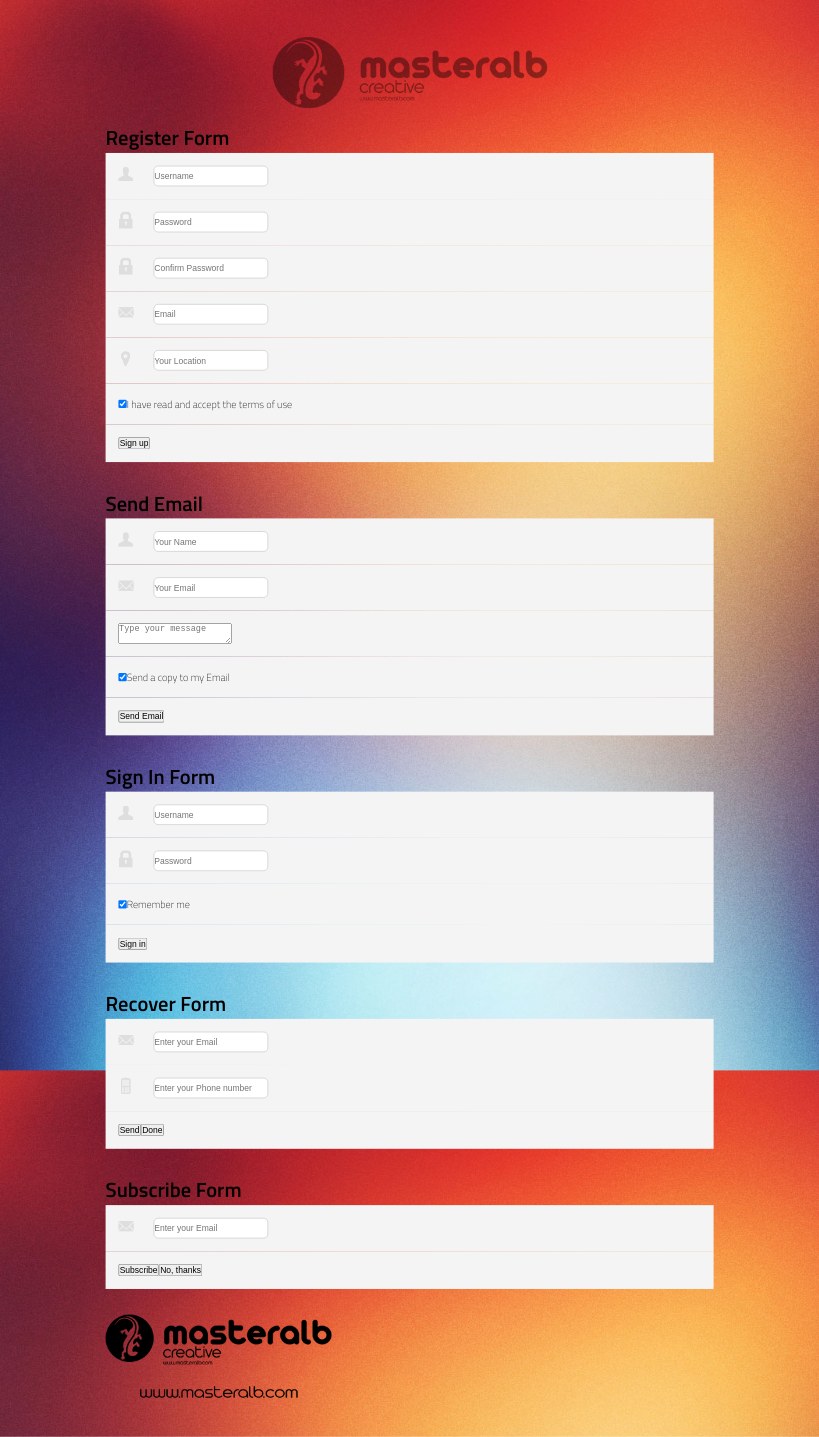
Repository: achwesiuk/PSD-Masteralb
Page: index.html
The author's editor kept a copy of each file at every save. The page is drawn from the files as they stood at one save, then again after the next save.
The browser window is 1280 px wide. The pictures show the whole page, at 64% of full size.
Backgrounds fixed to the window are drawn as part of the page. The style sheet was rebuilt from its Sass, Less or Tailwind sources for each picture, by a compiler version that may differ from the author's.

Above is the page before, as saved 2021-03-12 17:44:04.

### index.html
<!DOCTYPE html>
<html lang="en">
<head>
    <meta charset="UTF-8">
    <meta http-equiv="X-UA-Compatible" content="IE=edge">
    <meta name="viewport" content="width=device-width, initial-scale=1.0">
    <title>Masteralb Creative</title>
    <link rel="stylesheet" type="text/css" href="css/main.css">
    <link href="https://fonts.googleapis.com/css2?family=Titillium+Web:wght@200;600&display=swap" rel="stylesheet">
</head>
<body>
    <header class="header">
        <img src="img/logo_1.png" alt="Logo 1" class="header__logo">
    </header>
    <main class="main">
        <div class="container">
            <h3 class="form__header">Register Form</h3>
            <form class="form">
                <div class="form__group">
                    <label for="name-1" class="form__desc">
                        <img src="img/username.png" alt="Username" class="form__img">
                    </label>
                    <span class="form__line"></span>
                    <input type="text" id="name-1" placeholder="Username" class="form__input" required>
                </div>

                <div class="form__group">
                    <label for="password-1" class="form__desc">
                        <img src="img/password.png" alt="Password" class="form__img">
                    </label>
                    <span class="form__line"></span>
                    <input type="password" id="password-1" placeholder="Password" class="form__input" required>
                </div>

                <div class="form__group">
                    <label for="confirm" class="form__desc">
                        <img src="img/password.png" alt="Password" class="form__img">
                    </label>
                    <span class="form__line"></span>
                    <input type="text" id="confirm" placeholder="Confirm Password" class="form__input" required>
                </div>

                <div class="form__group">
                    <label for="message-1" class="form__desc">
                        <img src="img/email.png" alt="Email" class="form__img">
                    </label>
                    <span class="form__line"></span>
                    <input type="email" id="message-1" placeholder="Email" class="form__input" required>
                </div>

                <div class="form__group">
                    <label for="location" class="form__desc">
                        <img src="img/icon_maps.png" alt="Location" class="form__img">
                    </label>
                    <span class="form__line"></span>
                    <input type="text" id="location" placeholder="Your Location" class="form__input" required>
                </div>

                <div class="form__group">
                    <input type="checkbox" name="terms" class="form__tick" checked>
                    <label class="form__desc">I have read and accept the terms of use</label>
                </div>

                <div class="form__group">
                    <input type="submit" value="Sign up" class="form__btn form__btn--big">
                </div>
            </form>
        </div>

        <div class="container">
            <h2 class="form__header">Send Email</h2>
            <form class="form">
                <div class="form__group">
                    <label for="name-2" class="form__desc">
                         <img src="img/username.png" alt="Username" class="form__img">
                    </label>
                    <span class="form__line"></span>
                    <input type="text" id="name-2" placeholder="Your Name" class="form__input" required>
                </div>

                <div class="form__group">
                    <label for="message-2" class="form__desc">
                        <img src="img/email.png" alt="Email" class="form__img">
                    </label>
                    <span class="form__line"></span>
                    <input type="email" id="message-2" placeholder="Your Email" class="form__input" required>
                </div>

                <div class="form__group">
                    <textarea name="message" placeholder="Type your message" class="form__message"></textarea>
                </div>

                <div class="form__group">
                    <input type="checkbox" name="terms" class="form__tick" checked>
                    <label class="form__desc">Send a copy to my Email</label>
                </div>

                <div class="form__group">
                    <input type="submit" value="Send Email" class="form__btn form__btn--big">
                </div>
            </form>
        </div>

        <div class="container">
            <h2 class="form__header">Sign In Form</h2>
            <form class="form">
                <div class="form__group">
                    <label for="name-3" class="form__desc">
                        <img src="img/username.png" alt="Username" class="form__img">
                    </label>
                    <span class="form__line"></span>
                    <input type="text" id="name-3" placeholder="Username" class="form__input" required>
                </div>

                <div class="form__group">
                    <label for="password-2" class="form__desc">
                        <img src="img/password.png" alt="Password" class="form__img">
                    </label>
                    <span class="form__line"></span>
                    <input type="password" id="password-2" placeholder="Password" class="form__input" required>
                </div>

                <div class="form__group">
                    <input type="checkbox" name="terms" class="form__tick" checked>
                    <label class="form__desc">Remember me</label>
                </div>

                <div class="form__group">
                    <input type="submit" value="Sign in" class="form__btn form__btn--big">
                </div>
            </form>
        </div>

        <div class="container">
            <h2 class="form__header">Recover Form</h2>
            <form class="form">
                <div class="form__group">
                    <label for="email-3" class="form__desc">
                        <img src="img/email.png" alt="Email" class="form__img">
                    </label>
                    <span class="form__line"></span>
                    <input type="email" id="email-3" placeholder="Enter your Email" class="form__input" required>
                </div>

                <div class="form__group">
                    <label for="number" class="form__desc">
                        <img src="img/phone.png" alt="Phone Number" class="form__img">
                    </label>
                    <span class="form__line"></span>
                    <input type="text" id="number" placeholder="Enter your Phone number" class="form__input" required>
                </div>

                <div class="form__group">
                    <input type="submit" value="Send" class="form__btn form__btn--small">
                    <input type="submit" value="Done" class="form__btn form__btn--small">
                </div>
            </form>
        </div>

        <div class="container">
            <h2 class="form__header">Subscribe Form</h2>
            <form class="form">
                <div class="form__group">
                    <label for="email-4" class="form__desc">
                        <img src="img/email.png" alt="Email" class="form__img">
                    </label>
                    <span class="form__line"></span>
                    <input type="email" id="email-4" placeholder="Enter your Email" class="form__input" required>
                </div>

                <div class="form__group">
                    <input type="submit" value="Subscribe" class="form__btn form__btn--small">
                    <input type="submit" value="No, thanks" class="form__btn form__btn--small">
                </div>
            </form>
        </div>

        <div class="container">
            <div class="logo-down">
                <img src="img/logo_2.png" alt="Logo" class="logo-down__img">
            </div>
        </div>
    </main>
</body>
</html>

### sass/main.scss
:root {
    --color-white: #fff;
    --color-grey-1: #f4f4f4;
    --color-grey-2: #dedede;
    --color-grey-3: #c6c6c6;
    --color-grey-4: #afafaf;

    --color-green-light: #bddb98;
    --color-green: #94d12d;
    --color-red: #f4495b;
    --color-black: #000;

    --shadow-dark: 0 2rem 6rem rgba(#000, .3);
    --line: 1px solid var(--color-primary-2);
}

*,
*::before,
*::after{
    margin: 0;
    padding: 0;
    box-sizing: inherit;
}

html{
    font-size: 62.5%; //10px
}

body {
    box-sizing: border-box;
    max-width: 95rem;
    margin: 5.5rem auto;
    font-family: 'Titillium Web', sans-serif;
    background: url(../img/bg.jpg) no-repeat fixed center;
    background-size: cover;
    //min-height: 125rem;
}

.header {
    margin-bottom: 2rem;

     &__logo {
         display: block;
         margin: 0 auto;
         opacity: .4;
     }
}

.main {
    display: flex;
    flex-direction: column;
    flex-wrap: wrap;

    font-size: 1.6rem;
}

.form {
    display: flex;
    flex-direction: column;
    flex: 1;

    margin-bottom: 4rem;

    &__header {
        font-size: 3.2rem;
        font-weight: 600;
    }

    &__group {
        display: flex;
        //align-items: center;
        background-color: var(--color-grey-1);
        box-shadow: 0 2rem 2rem rgba(var(--color-black), .5);
        padding: 2rem;
    }

    &__desc {
        //padding: 2px;
        justify-content: center;
        align-items: center;

        margin-right: 1rem;
    }

    &__line {
        width: 1px;
        height: 10px;
        color: var(--color-grey-2);
        margin-right: 2rem;
    }

    &__input {
        color: var(--color-grey-4);
        border: 1px solid var(--color-grey-3);
        border-radius: .7rem;
        align-items: center;
    }
}

After the next save:
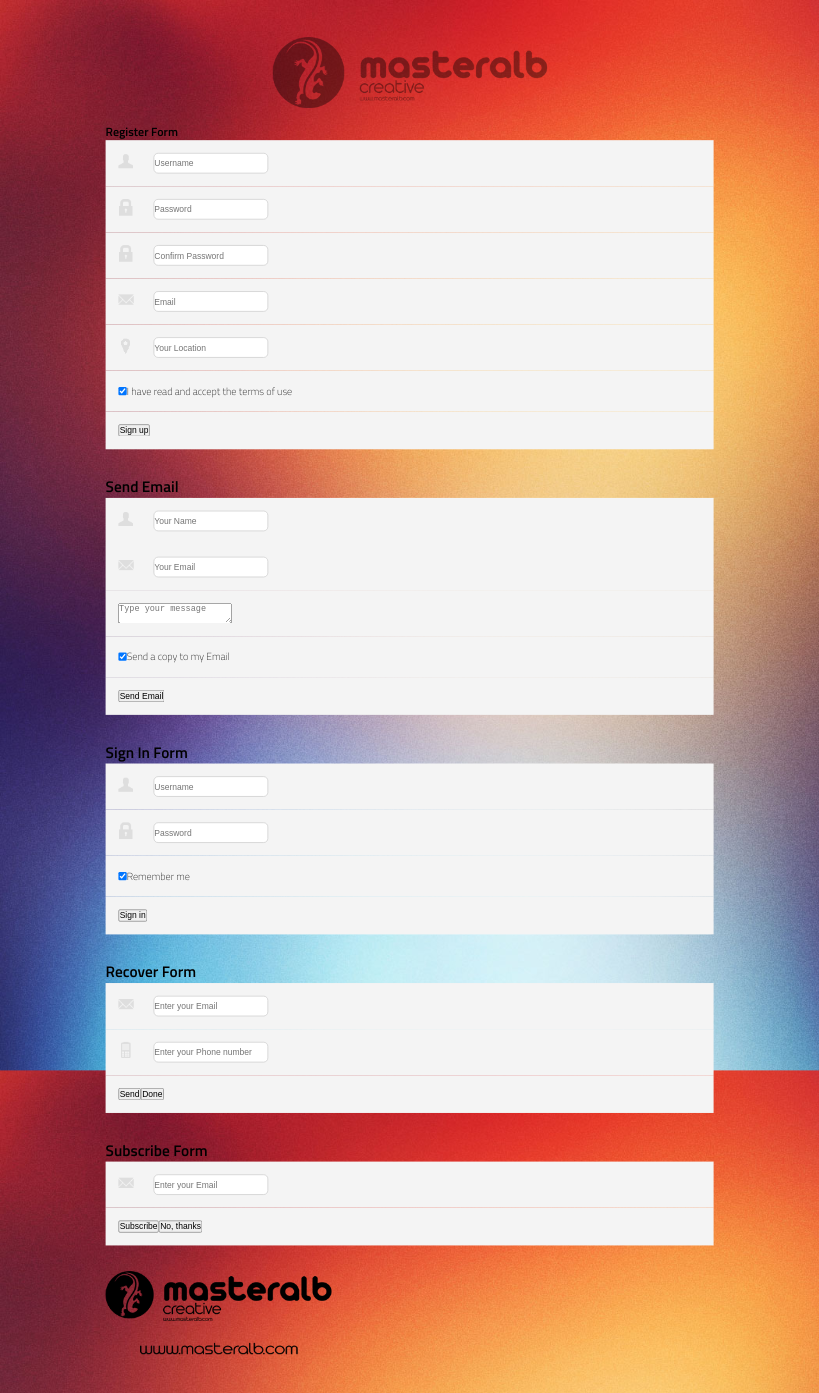
Saved 113 s later.
--- a/index.html
+++ b/index.html
@@ -14,7 +14,7 @@
     </header>
     <main class="main">
         <div class="container">
-            <h3 class="form__header">Register Form</h3>
+            <h3 class="container__header">Register Form</h3>
             <form class="form">
                 <div class="form__group">
                     <label for="name-1" class="form__desc">
@@ -68,7 +68,7 @@
         </div>
 
         <div class="container">
-            <h2 class="form__header">Send Email</h2>
+            <h2 class="container__header">Send Email</h2>
             <form class="form">
                 <div class="form__group">
                     <label for="name-2" class="form__desc">
@@ -102,7 +102,7 @@
         </div>
 
         <div class="container">
-            <h2 class="form__header">Sign In Form</h2>
+            <h2 class="container__header">Sign In Form</h2>
             <form class="form">
                 <div class="form__group">
                     <label for="name-3" class="form__desc">
@@ -132,7 +132,7 @@
         </div>
 
         <div class="container">
-            <h2 class="form__header">Recover Form</h2>
+            <h2 class="container__header">Recover Form</h2>
             <form class="form">
                 <div class="form__group">
                     <label for="email-3" class="form__desc">
@@ -158,7 +158,7 @@
         </div>
 
         <div class="container">
-            <h2 class="form__header">Subscribe Form</h2>
+            <h2 class="container__header">Subscribe Form</h2>
             <form class="form">
                 <div class="form__group">
                     <label for="email-4" class="form__desc">

After the save that followed:
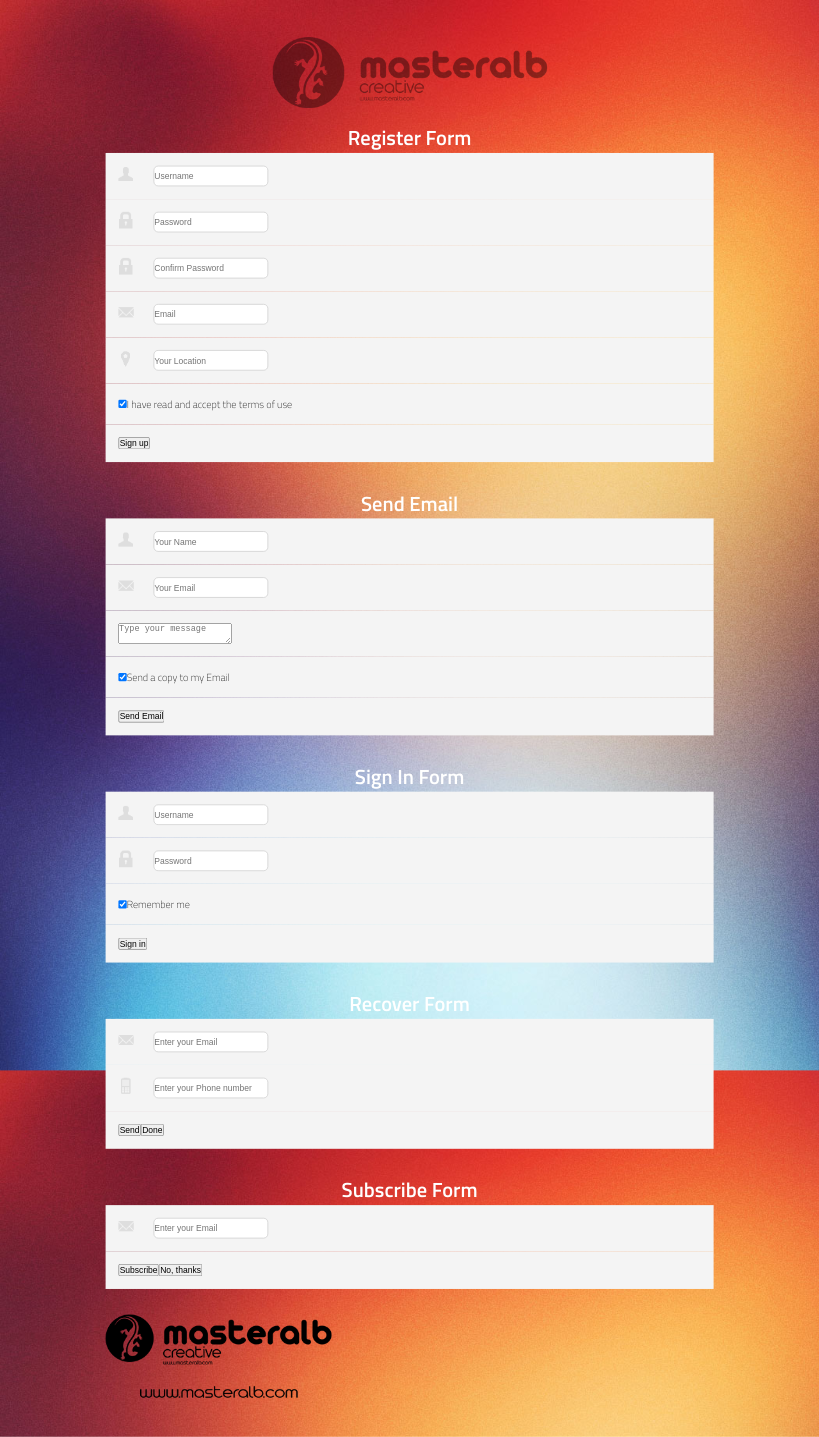
Saved 62 s later.
--- a/sass/main.scss
+++ b/sass/main.scss
@@ -54,6 +54,16 @@
     font-size: 1.6rem;
 }
 
+.container {
+
+    &__header {
+        font-size: 3.2rem;
+        font-weight: 600;
+        color: var(--color-white);
+        text-align: center;
+    }
+}
+
 .form {
     display: flex;
     flex-direction: column;
